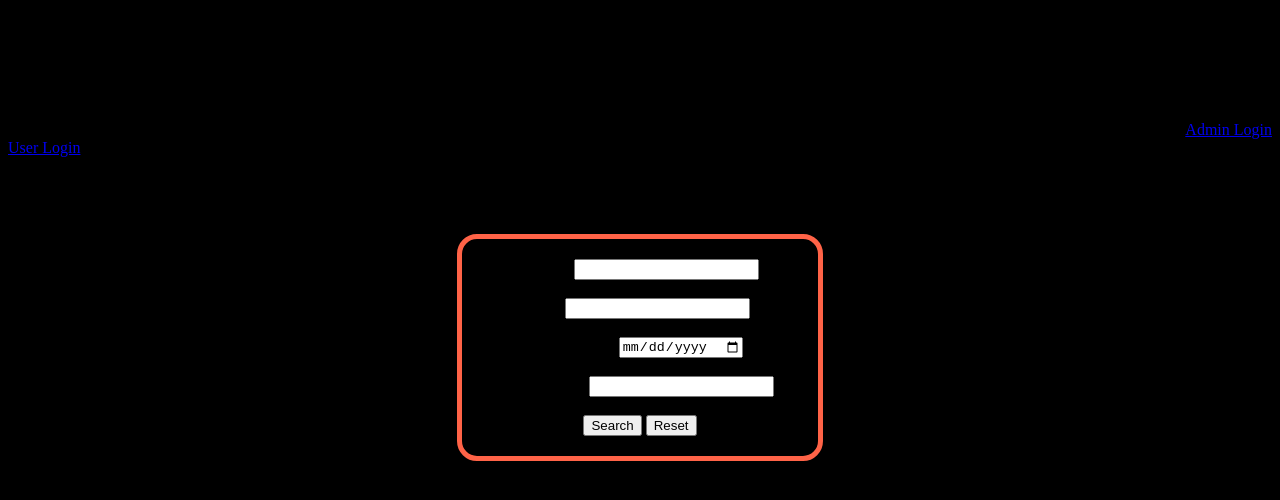
Repository: badrilogaram/Phase-two-project
Page: http://localhost/FlyAway-master/HomePage.jsp
The author's editor kept a copy of each file at every save. The page is drawn from the files as they stood at one save, then again after the next save.
The browser window is 1280 px wide. The pictures show the whole page.
The page is served by Tomcat 9.

Above is the page before, as saved 2021-05-27 22:56:32.

After the next save:
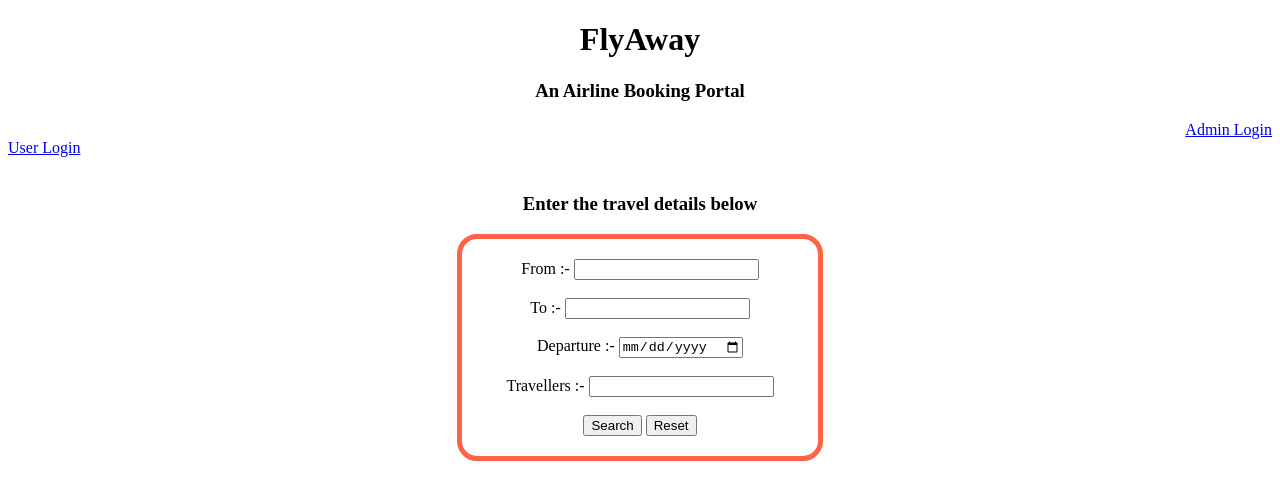
Saved 40 s later.
--- a/FlyAway-master/src/main/webapp/HomePage.jsp
+++ b/FlyAway-master/src/main/webapp/HomePage.jsp
@@ -7,7 +7,7 @@
 <meta charset="ISO-8859-1">
 <title>FlyAway</title>
 </head>
-<body style="background-color:rgb(0,0,0)">
+<body style="background-color:rgb(255,255,255)">
 <h1><center>FlyAway</center></h1>
 <h3><center>An Airline Booking Portal</center></h3>
 
